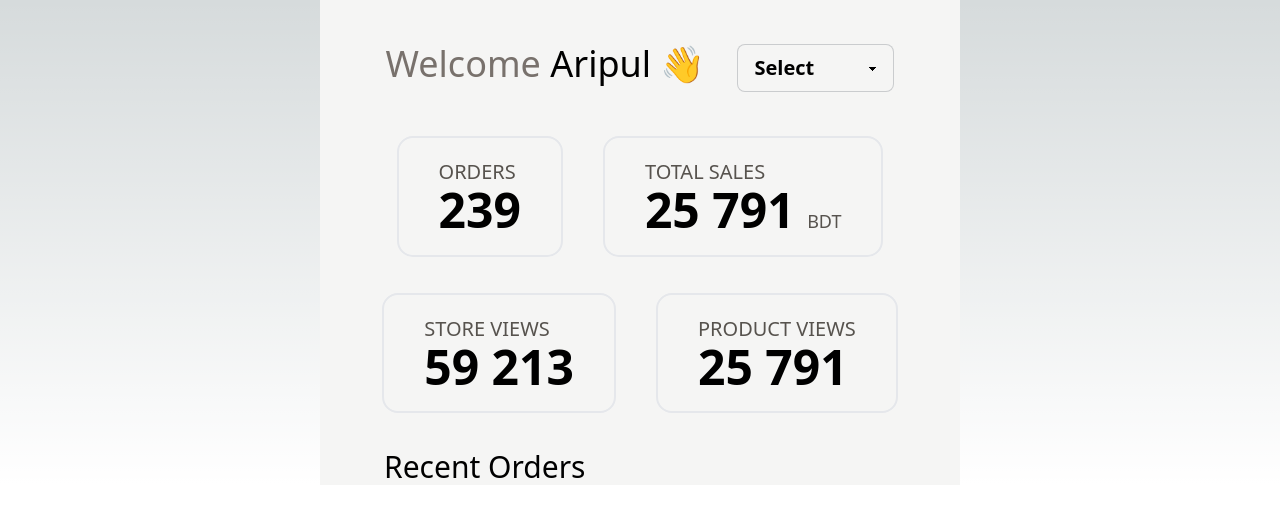
Repository: mehedi9465/nextapp
Page: /Dashboard
These files come from the project's save history. The page is drawn as it stood at one moment and after the next save; the edit follows.
The browser window is 1280 px wide. The pictures show the whole page.
The project was rebuilt for these pictures with package versions that can differ from the ones it lists, and the page was loaded fresh each time. The framework's server and built-in components were replaced by stand-ins that run in the browser. Also part of the build but not shown: next.config.js, Components/Navbar.js.

Above is the page before, as saved 2023-03-04 15:57:42.

### pages/Dashboard/index.js
import Navbar from "@/Components/Navbar";
import Link from "next/link";
import React from "react";

const index = () => {
  return (
    <>
      {/* <Navbar></Navbar> */}

      <div className="max-w-screen-sm mx-auto bg-stone-100 text-black overflow-hidden">
        <div className="flex justify-center py-2 my-9">
          <p className="text-4xl mx-4">
            <span className="text-stone-500">Welcome</span> Aripul 👋
          </p>
          <select className="select select-bordered text-xl max-w-xs bg-stone-100 outline-0 mx-4">
            <option disabled selected>
              Select
            </option>
            <option>Today</option>
            <option>Yesterday</option>
          </select>
        </div>
        <div className="flex justify-center my-9">
          <div className="border-2 rounded-2xl flex justify-start mx-5 px-10 py-5">
            <div className="">
              <p className="uppercase text-stone-600 font-normal text-xl">
                Orders
              </p>
              <p className="text-5xl font-bold">239</p>
            </div>
          </div>
          <div className="border-2 rounded-2xl justify-start mx-5 px-10 py-5 text-left">
            <p className="uppercase text-stone-600 font-normal text-xl">
              Total Sales
            </p>
            <p className="text-5xl font-bold">
              25 791{" "}
              <span className="text-stone-600 font-medium text-lg">BDT</span>
            </p>
          </div>
        </div>
        <div className="flex justify-center my-9">
          <div className="border-2 rounded-2xl justify-start mx-5 px-10 py-5">
            <p className="uppercase text-stone-600 font-normal text-xl">
              Store views
            </p>
            <p className="text-5xl font-bold">59 213</p>
          </div>
          <div className="border-2 rounded-2xl justify-start mx-5 px-10 py-5 text-left">
            <p className="uppercase text-stone-600 font-normal text-xl">
              Product views
            </p>
            <p className="text-5xl font-bold">25 791</p>
          </div>
        </div>
        <div>
          <h1 className="text-3xl mx-16">Recent Orders</h1>
        </div>
      </div>
    </>
  );
};

export default index;

Loaded but not shown: pages/_app.js (common file); pages/_document.js (common file); styles/globals.css (common file); tailwind.config.js (common file)

After the next save:
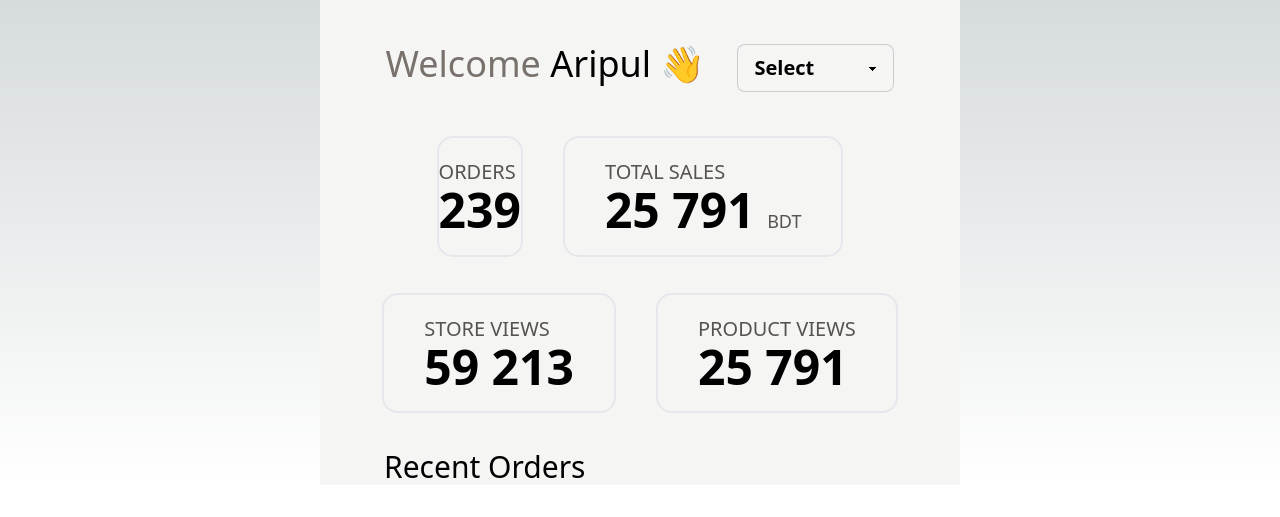
Saved 23 s later.
--- a/pages/Dashboard/index.js
+++ b/pages/Dashboard/index.js
@@ -21,7 +21,7 @@
           </select>
         </div>
         <div className="flex justify-center my-9">
-          <div className="border-2 rounded-2xl flex justify-start mx-5 px-10 py-5">
+          <div className="border-2 rounded-2xl flex justify-start mx-5  py-5">
             <div className="">
               <p className="uppercase text-stone-600 font-normal text-xl">
                 Orders

After the save that followed:
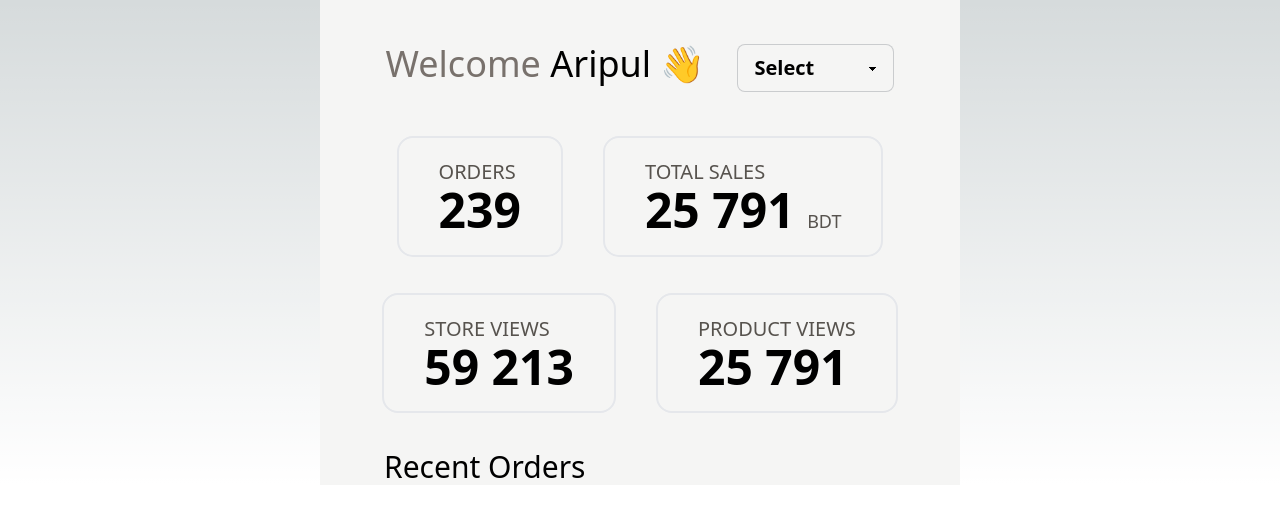
Saved 4 s later.
--- a/pages/Dashboard/index.js
+++ b/pages/Dashboard/index.js
@@ -21,7 +21,7 @@
           </select>
         </div>
         <div className="flex justify-center my-9">
-          <div className="border-2 rounded-2xl flex justify-start mx-5  py-5">
+          <div className="border-2 rounded-2xl flex justify-start mx-5 px-10 py-5">
             <div className="">
               <p className="uppercase text-stone-600 font-normal text-xl">
                 Orders
